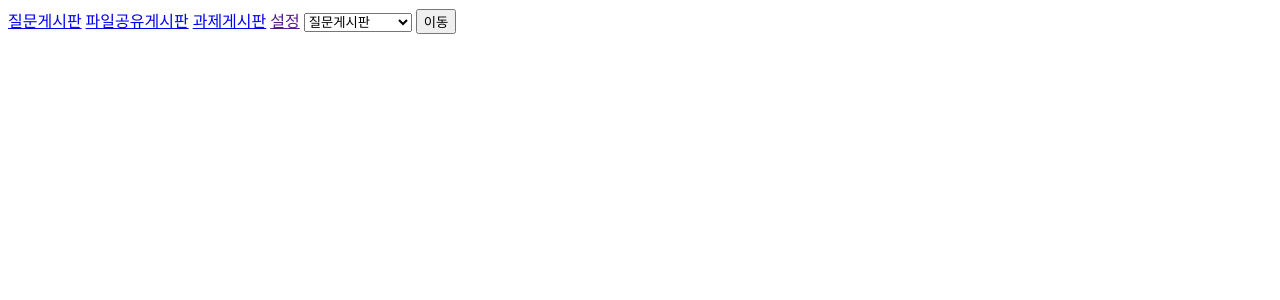
Repository: kalmia26/Capstone
Page: http://localhost/LectureSystem/Meun.jsp
The author's editor kept a copy of each file at every save. The page is drawn from the files as they stood at one save, then again after the next save.
The browser window is 1280 px wide. The pictures show the whole page.
The page is served by Tomcat 9.

Above is the page before, as saved 2017-04-12 03:35:48.

After the next save:
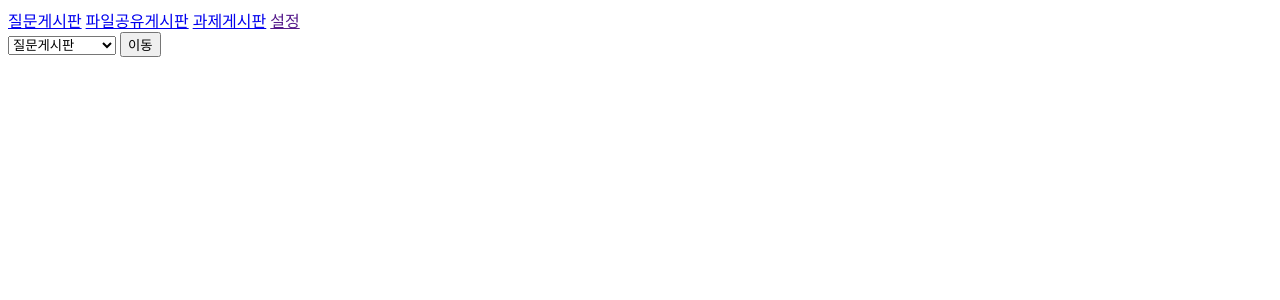
Saved 3 min 38 s later.
--- a/LectureSystem/WebContent/Meun.jsp
+++ b/LectureSystem/WebContent/Meun.jsp
@@ -13,6 +13,9 @@
 			<a href="List3.jsp" id='c' target="left"><span>과제게시판</span></a>
 			<a href="" id='d'><span>설정</span></a>
 
+
+		<form action="List1.jsp" method="post">
+
 		<select name="select">
     	  <option value="L1">질문게시판</option>
           <option value="L2">파일공유게시판</option>

After the 2 saves that followed:
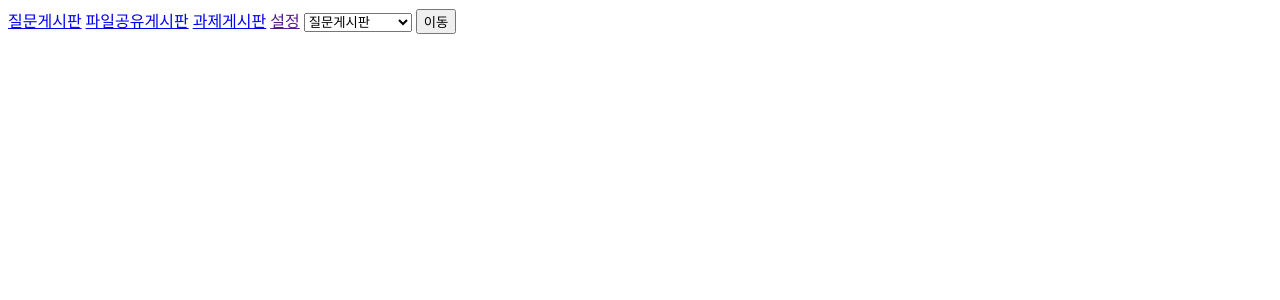
The 2 saves are shown as one change because 1 left the picture as it was.
The last was saved 103 s later.
--- a/LectureSystem/WebContent/Meun.jsp
+++ b/LectureSystem/WebContent/Meun.jsp
@@ -14,7 +14,7 @@
 			<a href="" id='d'><span>설정</span></a>
 
 
-		<form action="List1.jsp" method="post">
+		<formaction="selectMove.jsp" method="post" >
 
 		<select name="select">
     	  <option value="L1">질문게시판</option>
@@ -25,6 +25,8 @@
 
 		<input type="submit" value="이동">
 
+		</form>
+
 	</div>
 </body>
 </html>
